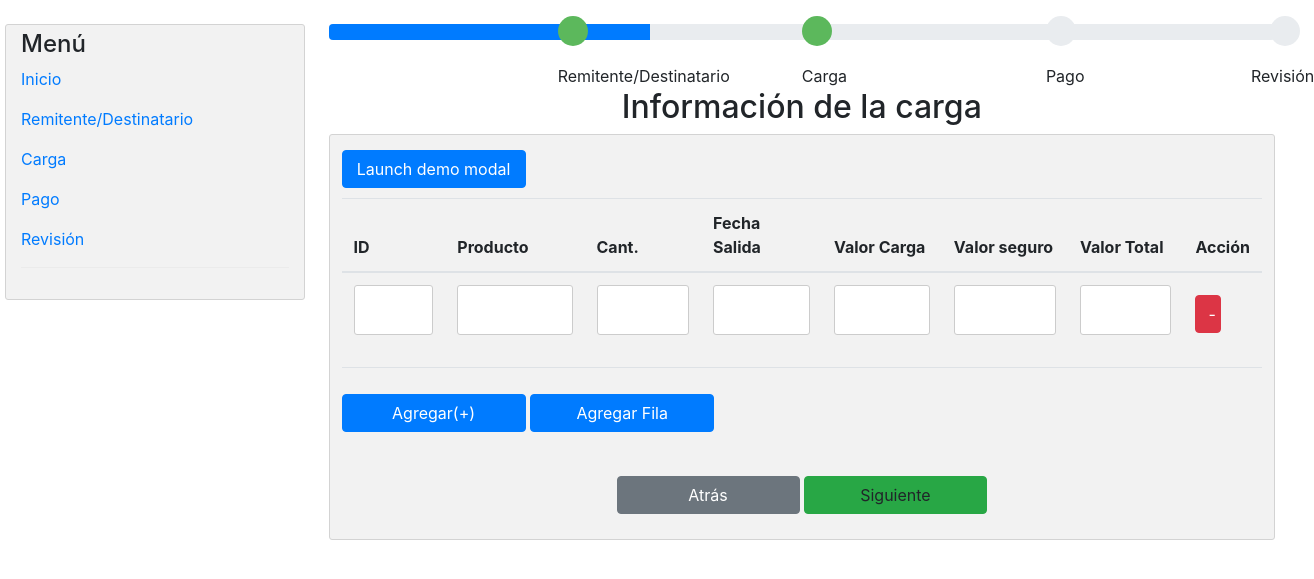
Repository: SennovaFluvial/Trasnfluvial
Page: appFluvial/templates/card1carga.html
An editor plug-in stored every save of this project. The page is shown before and after the next save, followed by the edit.
The browser window is 1280 px wide. The page is 1314 px wide, so the pictures cover 1314 px, including what lies to the right of the window. The pictures show the whole page.
The template is drawn by Django 3.2. The application's start-up code is not run. The template is opened directly, without the code that normally fills it, so the values that code supplies are empty.

Above is the page before, as saved 2023-10-19 23:55:30.

After the next save:
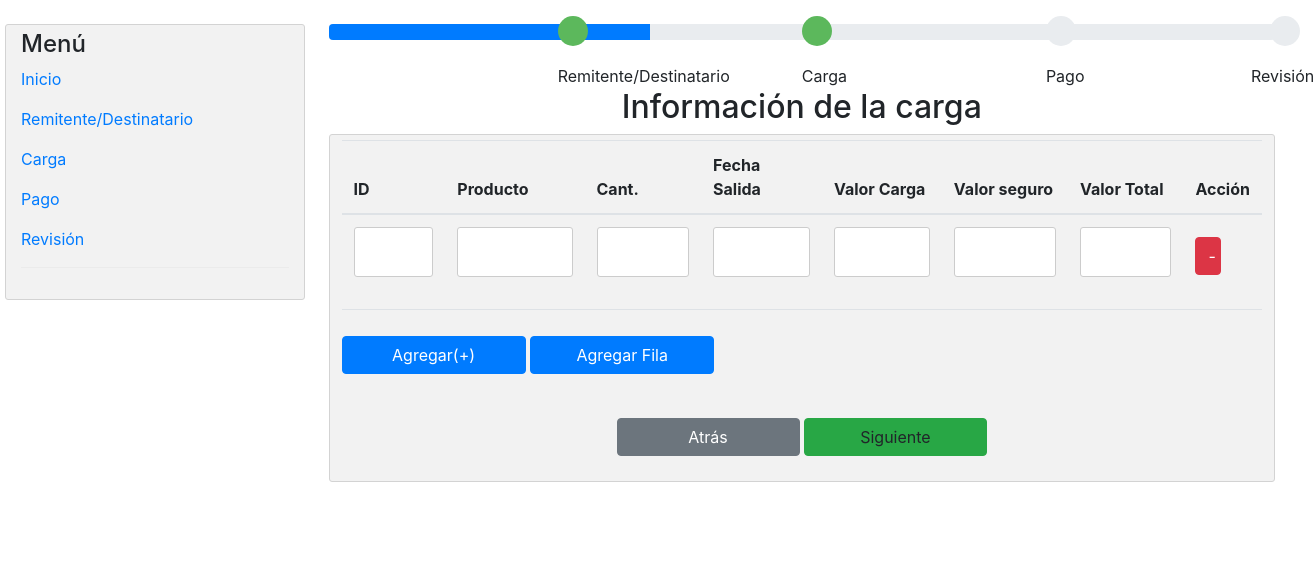
Saved 18 s later.
--- a/appFluvial/templates/card1carga.html
+++ b/appFluvial/templates/card1carga.html
@@ -254,11 +254,6 @@ span.price {
         {% csrf_token %}
         <div class="row">
           <div class="col-50">
-            <!-- Button trigger modal -->
-            <button type="button" class="btn btn-primary" data-bs-toggle="modal" data-bs-target="#exampleModal">
-              Launch demo modal
-            </button>
-
             <!-- Modal -->
             <div class="modal fade" id="exampleModal" tabindex="-1" aria-labelledby="exampleModalLabel" aria-hidden="true">
               <div class="modal-dialog">
